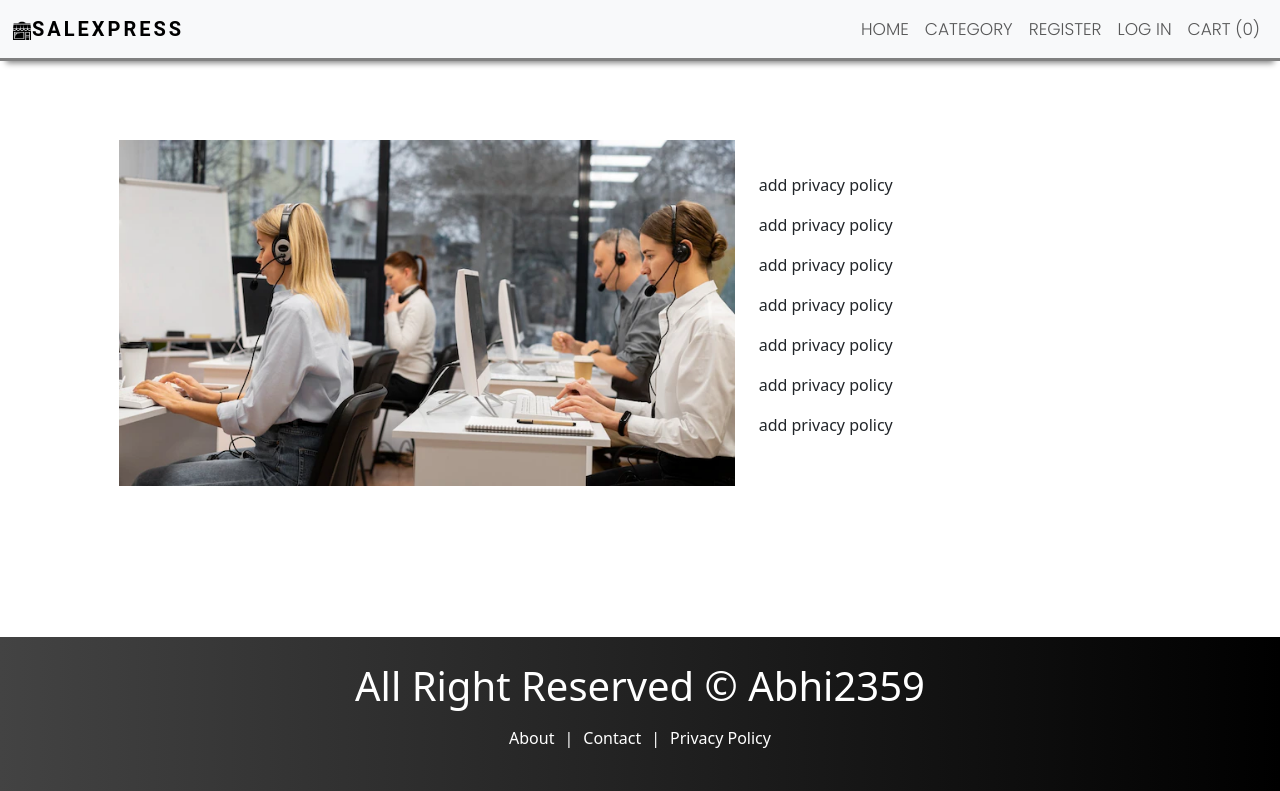
Repository: Abhi2359/SaleXpress
Page: /policy (app in client/)
An editor plug-in stored every save of this project. The page is shown before and after the next save, followed by the edit.
The browser window is 1280 px wide. The pictures show the whole page.
The project was rebuilt for these pictures with package versions that can differ from the ones it lists, and the page was loaded fresh each time. Also part of the build but not shown: client/vite.config.js, client/src/pages/HomePage.jsx, client/src/pages/About.jsx, client/src/pages/PageNotFound.jsx, client/src/pages/Contact.jsx.

Above is the page before, as saved 2023-05-08 19:56:58.

After the next save:
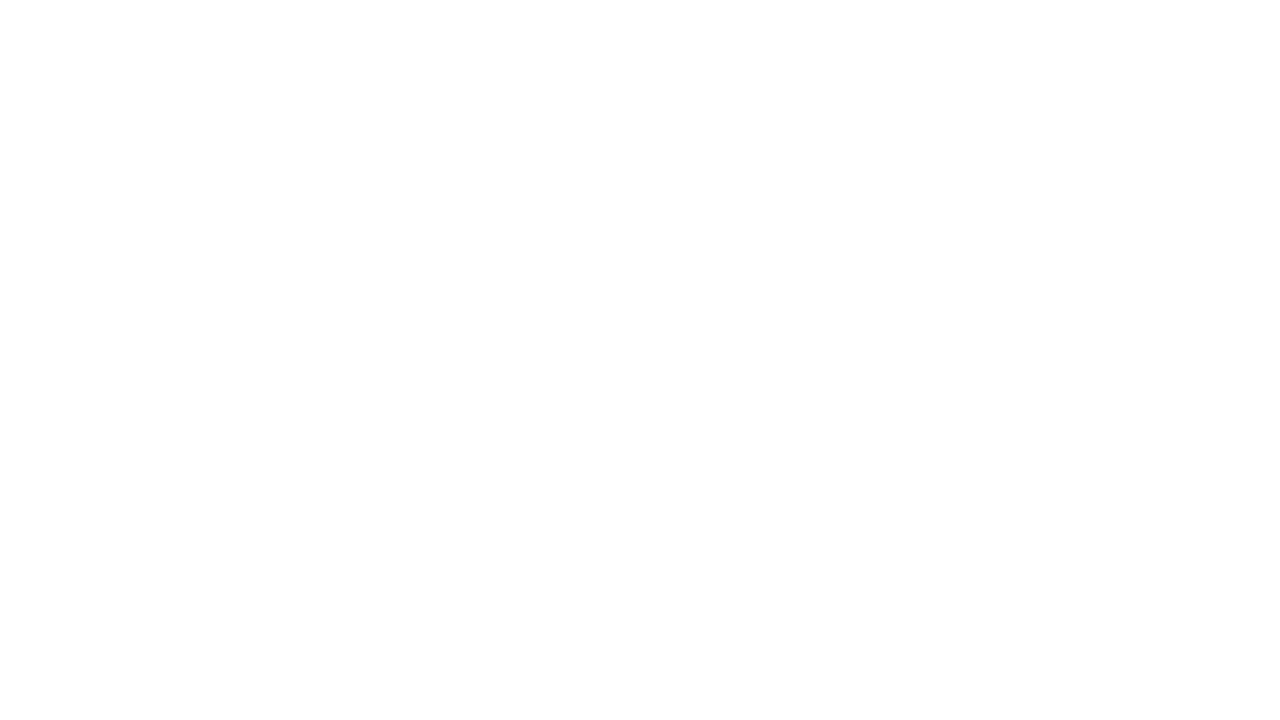
Console error: ReferenceError: ti is not defined
Saved 6 s later.
--- a/client/src/components/Layout/Layout.jsx
+++ b/client/src/components/Layout/Layout.jsx
@@ -26,6 +26,6 @@
 }
 
 Layout.defaultProps={
-
+  ti
 }
 export default Layout

After the 3 saves that followed:
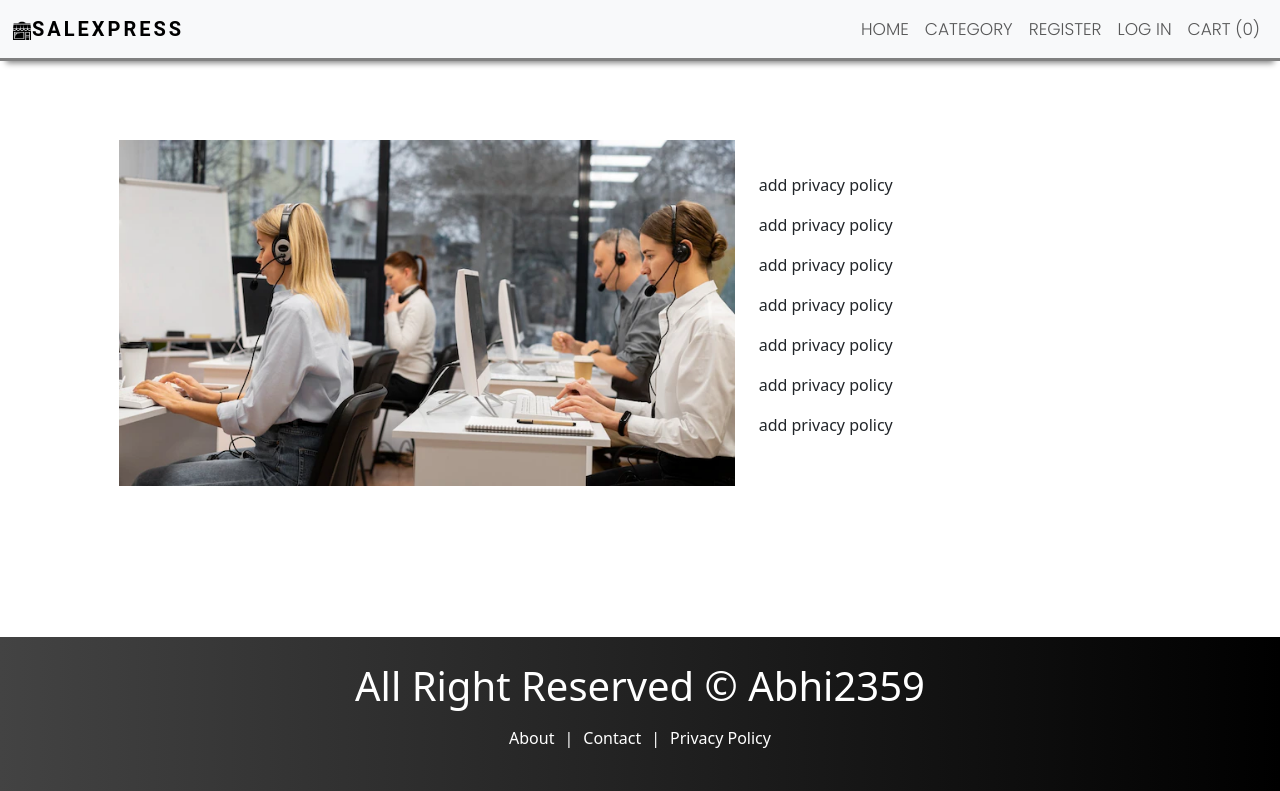
The error is gone.
The 3 saves are shown as one change because they came seconds apart.
The last was saved 8 s later.
--- a/client/src/components/Layout/Layout.jsx
+++ b/client/src/components/Layout/Layout.jsx
@@ -26,6 +26,7 @@
 }
 
 Layout.defaultProps={
-  ti
+  title:""
 }
+
 export default Layout
